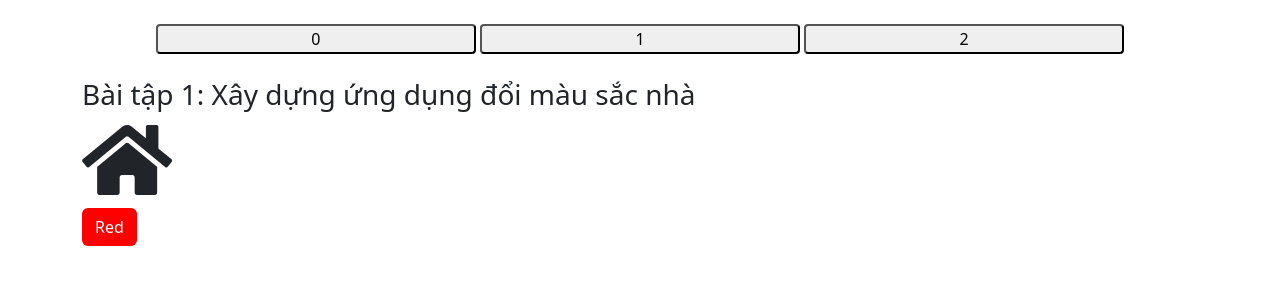
Repository: hcozyph/CyberSoft_Bai_Tap_Tren_Lop
Page: ES6/ES6_BASIC/index.html
An editor plug-in stored every save of this project. The page is shown before and after the next save, followed by the edit.
The browser window is 1280 px wide. The pictures show the whole page.
Some web libraries are served in a nearby version.

Above is the page before, as saved 2023-03-19 11:04:49.
Console error: ReferenceError: hoTen is not defined

After the next save:
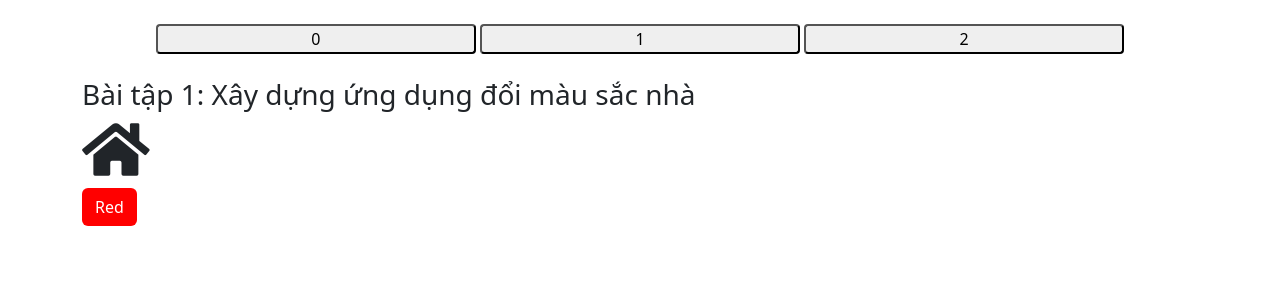
Saved 10 s later.
--- a/ES6/ES6_BASIC/index.html
+++ b/ES6/ES6_BASIC/index.html
@@ -33,7 +33,7 @@
 
         <div class="container">
             <h3>Bài tập 1: Xây dựng ứng dụng đổi màu sắc nhà</h3>
-            <i class="fa fa-home" id="home" style="font-size: 80px"></i>
+            <i class="fa fa-home" id="home" style="font-size: 60px"></i>
 
             <div id="colors" class="mt-2">
                 <button class="btn text-white" style="background-color: red">
